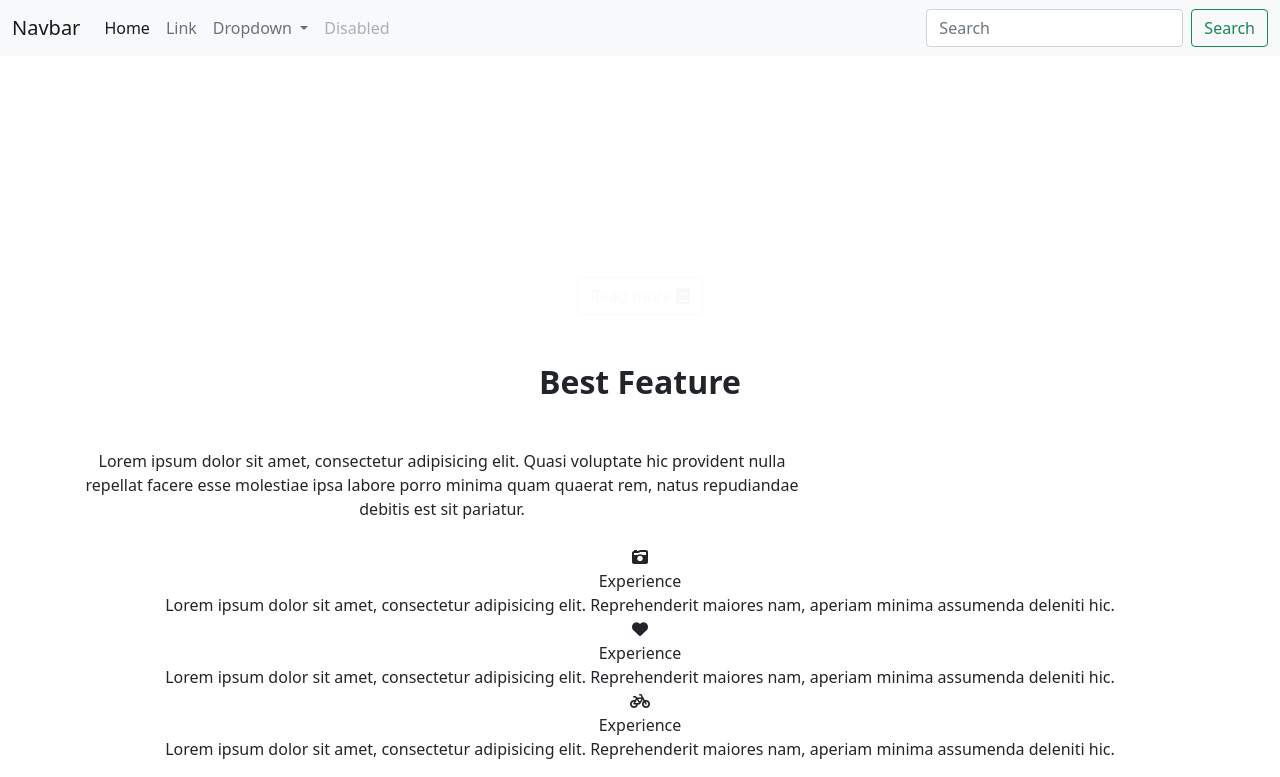
Repository: nptg3105/lab04-landing-page-boostrap5
Page: index.html
These files come from the project's save history. The page is drawn as it stood at one moment and after the next save; the edit follows.
The browser window is 1280 px wide. The pictures show the whole page.

Above is the page before, as saved 2021-12-19 10:13:17.

### index.html
<!DOCTYPE html>
<html lang="en">
  <head>
    <meta charset="UTF-8" />
    <meta http-equiv="X-UA-Compatible" content="IE=edge" />
    <meta name="viewport" content="width=device-width, initial-scale=1.0" />
    <title>lab04-Landing-Page-Boostrap</title>
    <link
      href="https://cdn.jsdelivr.net/npm/bootstrap@5.1.3/dist/css/bootstrap.min.css"
      rel="stylesheet"
      integrity="sha384-1BmE4kWBq78iYhFldvKuhfTAU6auU8tT94WrHftjDbrCEXSU1oBoqyl2QvZ6jIW3"
      crossorigin="anonymous"
    />
    <link rel="stylesheet" href="https://cdnjs.cloudflare.com/ajax/libs/font-awesome/6.0.0-beta3/css/all.min.css" integrity="sha512-Fo3rlrZj/k7ujTnHg4CGR2D7kSs0v4LLanw2qksYuRlEzO+tcaEPQogQ0KaoGN26/zrn20ImR1DfuLWnOo7aBA==" crossorigin="anonymous" referrerpolicy="no-referrer" />
    <link rel="stylesheet" href="dist/index.css" />
  </head>
  <body>
    <header>
      <nav class="navbar navbar-expand-lg navbar-light bg-light">
        <div class="container-fluid">
          <a class="navbar-brand" href="#">Navbar</a>
          <button
            class="navbar-toggler"
            type="button"
            data-bs-toggle="collapse"
            data-bs-target="#navbarSupportedContent"
            aria-controls="navbarSupportedContent"
            aria-expanded="false"
            aria-label="Toggle navigation"
          >
            <span class="navbar-toggler-icon"></span>
          </button>
          <div class="collapse navbar-collapse" id="navbarSupportedContent">
            <ul class="navbar-nav me-auto mb-2 mb-lg-0">
              <li class="nav-item">
                <a class="nav-link active" aria-current="page" href="#">Home</a>
              </li>
              <li class="nav-item">
                <a class="nav-link" href="#">Link</a>
              </li>
              <li class="nav-item dropdown">
                <a
                  class="nav-link dropdown-toggle"
                  href="#"
                  id="navbarDropdown"
                  role="button"
                  data-bs-toggle="dropdown"
                  aria-expanded="false"
                >
                  Dropdown
                </a>
                <ul class="dropdown-menu" aria-labelledby="navbarDropdown">
                  <li><a class="dropdown-item" href="#">Action</a></li>
                  <li><a class="dropdown-item" href="#">Another action</a></li>
                  <li><hr class="dropdown-divider" /></li>
                  <li>
                    <a class="dropdown-item" href="#">Something else here</a>
                  </li>
                </ul>
              </li>
              <li class="nav-item">
                <a class="nav-link disabled">Disabled</a>
              </li>
            </ul>
            <form class="d-flex">
              <input
                class="form-control me-2"
                type="search"
                placeholder="Search"
                aria-label="Search"
              />
              <button class="btn btn-outline-success" type="submit">
                Search
              </button>
            </form>
          </div>
        </div>
      </nav>
      <div class="hero">
       <div class="container-fluid d-flex align-items-center justify-content-center h-100">
         <div class="row d-flex justify-content-center text-center">
           <div class="col-md-10">
            <h2 class="text-white display-4 fw-bold pt-5 mb-2">Travel</h2>
            <h4 class="text-white my-4">Lorem ipsum dolor sit amet, consectetur adipisicing elit. Deleniti consequuntur.</h4>
            <button class="btn btn-outline-light">Read more <i class="fa fa-book"></i></button>
           </div>
         </div>
       </div>
      </div>
      <div class="feature text-center mt-5">
        <div class="container">
          <h2 class="feature__heading fw-bold mb-5">Best Feature</h2>
          <div class="feature__detail row d-flex justify-content-center mb-4 col-md-8">Lorem ipsum dolor sit amet, consectetur adipisicing elit. Quasi voluptate hic provident nulla repellat facere esse molestiae ipsa labore porro minima quam quaerat rem, natus repudiandae debitis est sit pariatur.</div>
          <div class="feature__list">
            <div class="feature__item">
              <div class="feature__icon"><i class="fas fa-camera-retro"></i></div>
              <div class="feature__title">Experience</div>
              <div class="feature__desc">Lorem ipsum dolor sit amet, consectetur adipisicing elit. Reprehenderit maiores nam, aperiam minima assumenda deleniti hic.</div>
            </div>
            <div class="feature__item">
              <div class="feature__icon"><i class="fas fa-heart"></i></div>
              <div class="feature__title">Experience</div>
              <div class="feature__desc">Lorem ipsum dolor sit amet, consectetur adipisicing elit. Reprehenderit maiores nam, aperiam minima assumenda deleniti hic.</div>
            </div>
            <div class="feature__item">
              <div class="feature__icon"><i class="fas fa-bicycle"></i></div>
              <div class="feature__title">Experience</div>
              <div class="feature__desc">Lorem ipsum dolor sit amet, consectetur adipisicing elit. Reprehenderit maiores nam, aperiam minima assumenda deleniti hic.</div>
            </div>
          </div>
        </div>

      </div>
    </header>

    </p>

    <script
      src="https://cdn.jsdelivr.net/npm/bootstrap@5.1.3/dist/js/bootstrap.bundle.min.js"
      integrity="sha384-ka7Sk0Gln4gmtz2MlQnikT1wXgYsOg+OMhuP+IlRH9sENBO0LRn5q+8nbTov4+1p"
      crossorigin="anonymous"
    ></script>
  </body>
</html>

### dist/index.css
* {
  box-sizing: border-box;
  margin: 0;
  padding: 0;
}
body {
  line-height: 1.5;
}
:root {
  --color-bg: #ecf2f8;
  --color-white: #fff;
  --color-violet: #7541c8;
  --color-light-grey: #cfcfcf;
  --color-dark-grey: #19212e;
  --color-grey: #48556a;
}
.hero {
  background: url(https://mdbootstrap.com/img/Photos/Horizontal/Nature/full%20page/img%20(
        3
      ).jpg)
    no-repeat 50% fixed;
}
/*# sourceMappingURL=index.css.map */

After the next save:
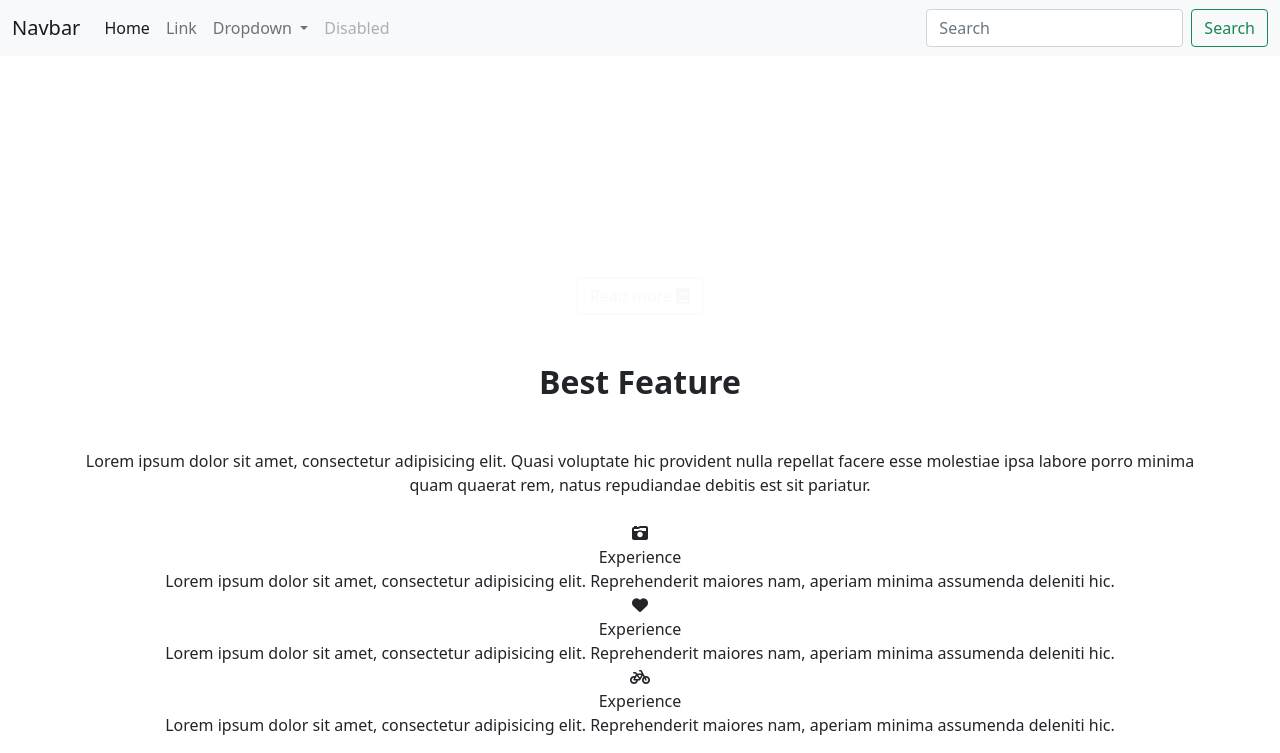
Saved 10 s later.
--- a/index.html
+++ b/index.html
@@ -90,7 +90,7 @@
       <div class="feature text-center mt-5">
         <div class="container">
           <h2 class="feature__heading fw-bold mb-5">Best Feature</h2>
-          <div class="feature__detail row d-flex justify-content-center mb-4 col-md-8">Lorem ipsum dolor sit amet, consectetur adipisicing elit. Quasi voluptate hic provident nulla repellat facere esse molestiae ipsa labore porro minima quam quaerat rem, natus repudiandae debitis est sit pariatur.</div>
+          <div class="feature__detail row d-flex justify-content-center mb-4">Lorem ipsum dolor sit amet, consectetur adipisicing elit. Quasi voluptate hic provident nulla repellat facere esse molestiae ipsa labore porro minima quam quaerat rem, natus repudiandae debitis est sit pariatur.</div>
           <div class="feature__list">
             <div class="feature__item">
               <div class="feature__icon"><i class="fas fa-camera-retro"></i></div>
